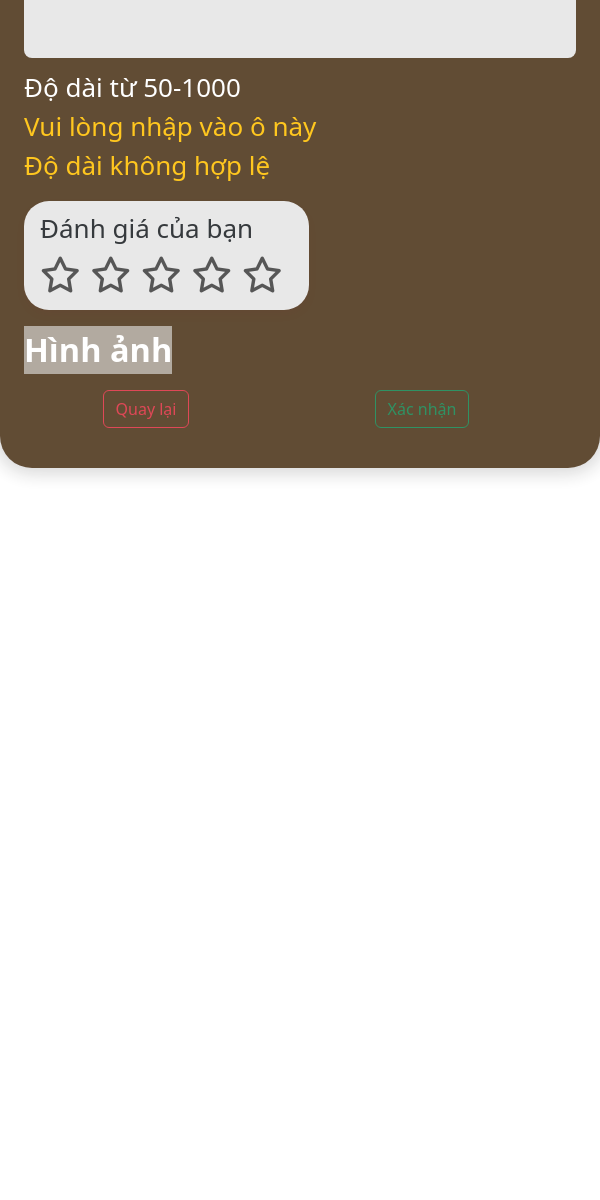
Repository: LeDongGyC/html-css
Page: HTML CSS/prototype/index.html
The author's editor kept a copy of each file at every save. The page is drawn from the files as they stood at one save, then again after the next save.
The browser window is 600 px wide. The pictures show the part of the page from y = 800 to 2000 px (the page is 2000 px tall).
Some web libraries are served in a nearby version. The style sheet was rebuilt from its Sass, Less or Tailwind sources for each picture, by a compiler version that may differ from the author's.

Above is the page before, as saved 2023-05-26 09:49:22.

After the next save:
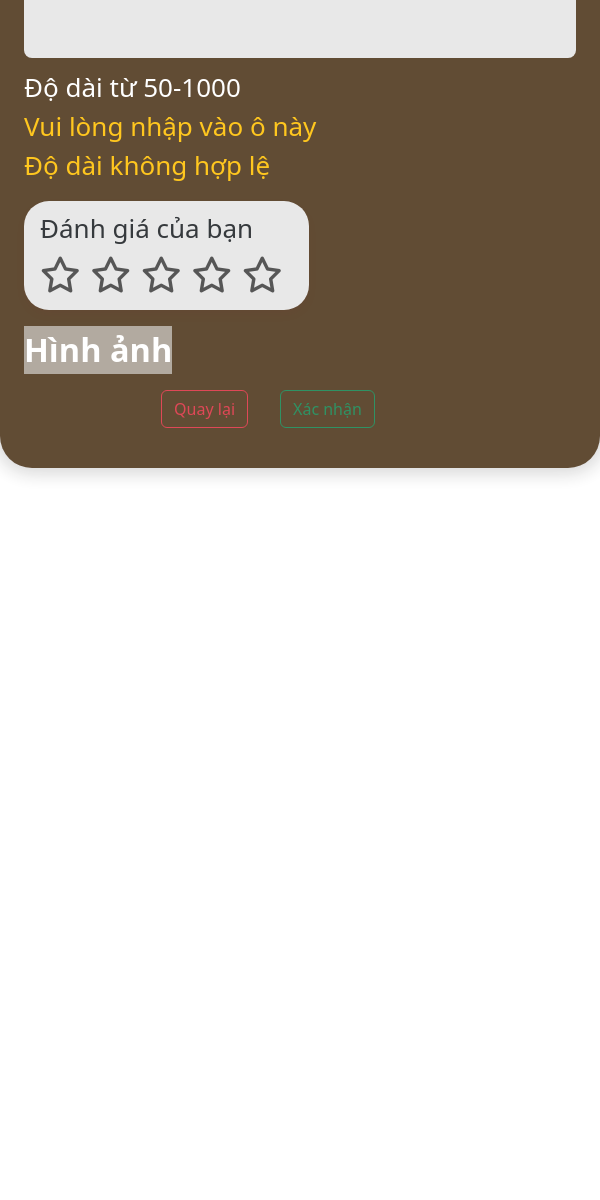
Saved 12 s later.
--- a/HTML CSS/prototype/style.scss
+++ b/HTML CSS/prototype/style.scss
@@ -207,7 +207,7 @@ label.star:before {
     justify-content: center;
     align-items: center;
   }
-  .feedback-box_right-button{
+  .feedback-box_right-button-item{
     width: 100%;
   }
 }
